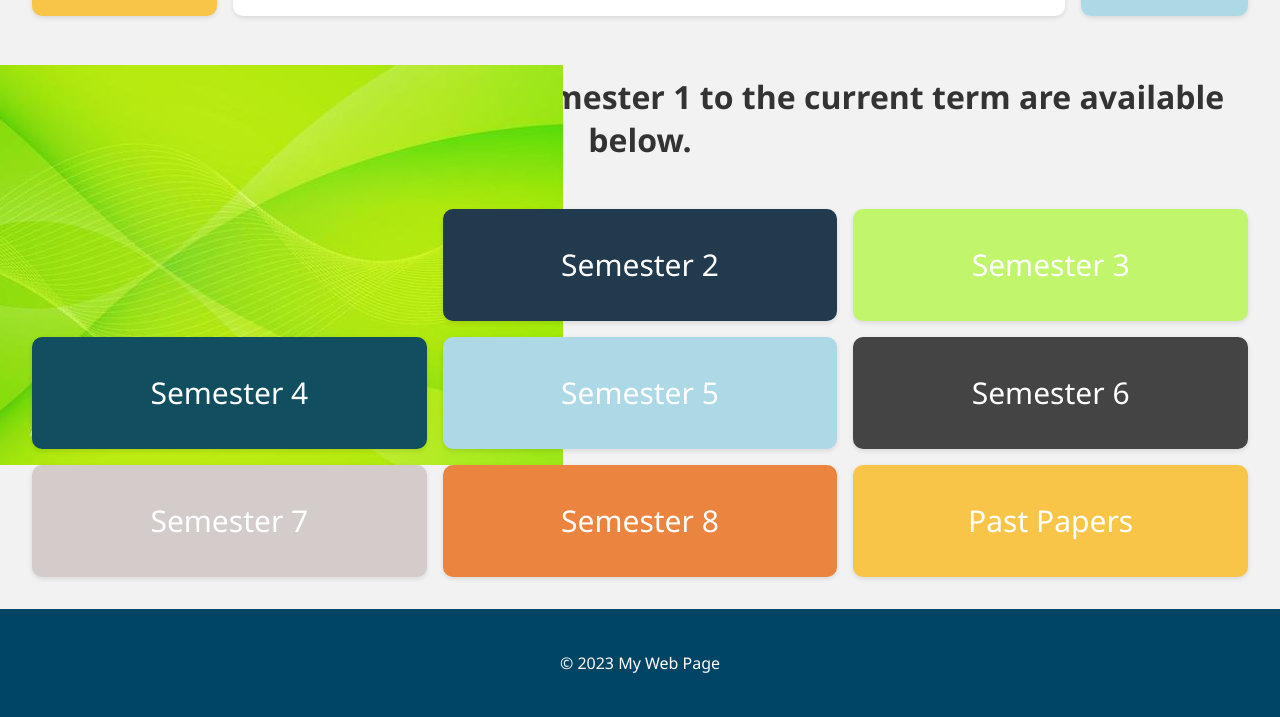
Repository: MariamSawera/eduNova
Page: index.html
An editor plug-in stored every save of this project. The page is shown before and after the next save, followed by the edit.
The browser window is 1280 px wide. The pictures show the part of the page from y = 1042 to 1759 px (the page is 1759 px tall).

Above is the page before, as saved 2025-07-24 00:31:14.

After the next save:
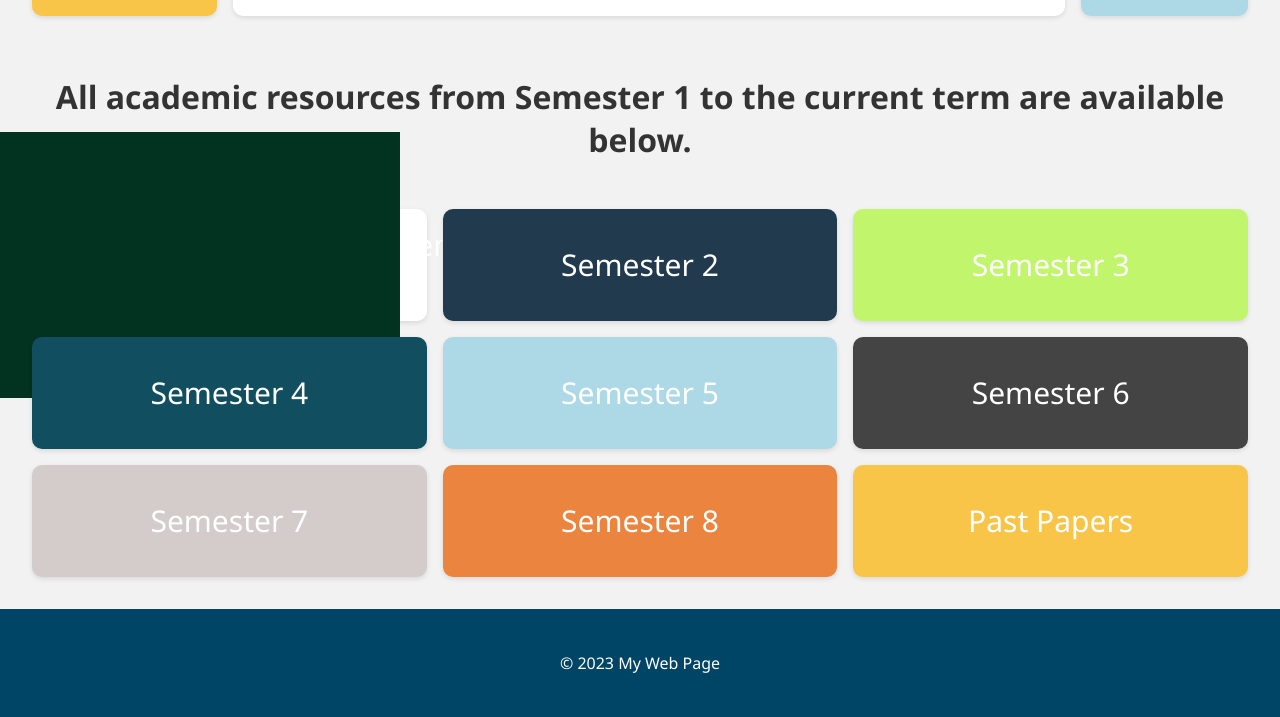
Saved 29 s later.
--- a/index.html
+++ b/index.html
@@ -78,7 +78,7 @@
     </h2>
     <div class="quick-links">
       <div class="link-card" >
-        <img src="./images/green.jpg" alt="">
+        <img src="./images/green.webp" alt="">
          <!-- style="background-color: #3ca172" -->
         <img src="" alt="">
         <a href="semester1.html">Semester 1</a>
